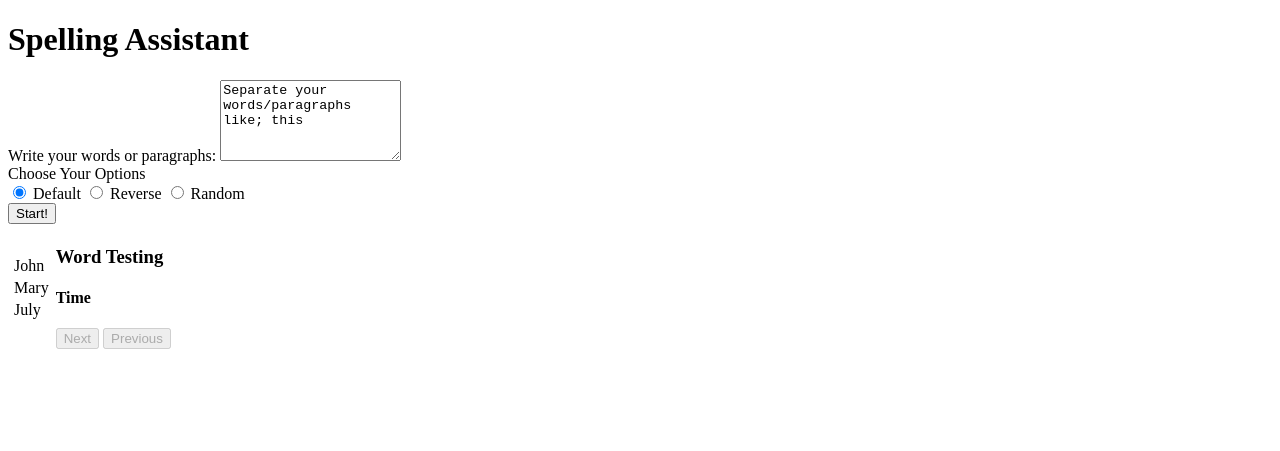
Repository: derruba2000/spelling.assistant
Page: index.html
The author's editor kept a record of every edit. The page is drawn from the files as they stood at one moment, then again after the next edit.
The browser window is 1280 px wide. The pictures show the whole page.
Some web libraries are served in a nearby version.

Above is the page before.
Console error: SyntaxError: Unexpected token '<'

### index.html
<!DOCTYPE html>
<html lang="en">

<head>
    <meta charset="utf-8">
    <meta http-equiv="X-UA-Compatible" content="IE=edge">
    <meta name="viewport" content="width=device-width, initial-scale=1">
    <title>Spelling Assistant</title>

    <!--<link rel="stylesheet" href="https://maxcdn.bootstrapcdn.com/bootstrap/3.3.4/css/bootstrap.min.css">-->
    <!--<link rel="stylesheet" href="https://maxcdn.bootstrapcdn.com/bootstrap/3.3.4/css/bootstrap-theme.min.css">-->


</head>

<body>
    <h1>Spelling Assistant</h1>

      <div class="container">

        <div class="container">
            <form role="form">
                <div class="form-group">
                    <label for="comment">Write your words or paragraphs:</label>
                    <textarea class="form-control" rows="5" id="word list">Separate your words/paragraphs like; this </textarea>
                </div>
            </form>
        </div>


        <!-- Multiple Radios (inline) -->
        <div class="container">
            <div class="form-group">
                <label class="col-md-4 control-label" for="Options">Choose Your Options</label>
                <div class="col-md-4">
                    <label class="radio-inline" for="Options-0">
                        <input type="radio" name="Options" id="Options-0" value="1" checked="checked"> Default
                    </label>
                    <label class="radio-inline" for="Options-1">
                        <input type="radio" name="Options" id="Options-1" value="2"> Reverse
                    </label>
                    <label class="radio-inline" for="Options-2">
                        <input type="radio" name="Options" id="Options-2" value="3"> Random
                    </label>
                </div>
            </div>
        </div>

        <!-- Button -->
        <div class="container">
            <div class="form-group">
                <label class="col-md-4 control-label" for="submitbutton"></label>
                <div class="col-md-4">
                    <button id="submitbutton" name="submitbutton" onclick="createlist()" class="btn btn-info"> Start! </button>
                </div>
            </div>
        </div>


    </div>
    <div class="container">
        <table class="table">
            <tbody>
                <tr>
                    <td>
                        <table class="table" id="wordtable">
                            <tbody>
                                <tr class="success">
                                    <td>John</td>
                                </tr>
                                <tr class="danger">
                                    <td>Mary</td>
                                </tr>
                                <tr class="info">
                                    <td>July</td>
                                </tr>
                            </tbody>
                        </table>
                    </td>
                    <td>
                        <div id="currentword">
                            <h3>Word Testing</h3>
                        </div>
                        <div id="timecount">
                            <h4>Time</h4>
                        </div>




                        <div class="form-group">
                            <label class="col-md-4 control-label" for="nextbutton"></label>
                            <div class="col-md-8">
                                <button id="nextbutton" name="nextbutton" onclick="nextword()" class="btn btn-success" disabled> Next </button>
                                <button id="previousbutton" name="previousbutton" onclick="previousword()" class="btn btn-inverse" disabled>Previous</button>
                            </div>
                        </div>
                    </td>
                </tr>
            </tbody>
        </table>
    </div>




    <script src="https://ajax.googleapis.com/ajax/libs/jquery/1.11.2/jquery.min.js"></script>
    <script src="https://maxcdn.bootstrapcdn.com/bootstrap/3.3.4/js/bootstrap.min.js"></script>

    <script src="scripts/assistant.js"></script>
</body>

</html>

### scripts/assistant.js
'use strict';

var maxvisiblerows = 5;
var exerciselist;
var viewlist = 0;
var exercisetime;
var steptime;
var timerVar;

function createlist() {

    maxvisiblerows = 5;

    var textlist = document.getElementById("word list").value;
    var strlist = textlist.split(";");
    var radios = document.getElementsByName("Options");
    var radiooption;

    for (var i = 0, length = radios.length; i < length; i++) {
        if (radios[i].checked) {
            console.log("Options selected:" + radios[i].value);
            radiooption= radios[i].value;
            break;
        }
    }

    for (var k = 0; k < strlist.length; k++) {
        console.log("->" + k + ":" + strlist[k]);
    }

    exerciselist = strlist.slice();
    // Reverse Order
    if (2==radiooption){
        for (var k = 0; k < strlist.length; k++) {
          exerciselist[k] = strlist[strlist.length -(1+k)];
        }
    }


    // Random Order
    if (3==radiooption){
        var randomcontrol=strlist.slice();;
        for (var k = 0; k < strlist.length; k++) {
            randomcontrol[k]=-1;
        }
        for (var k = 0; k < strlist.length; k) {
            var tmp = Math.round(Math.random()*(strlist.length-1));
            var exists = false;
            // checks if number exists in array
            for (var k2=0; k2<k; k2++){
                if (randomcontrol[k2] == tmp){
                    exists = true;
                }
            }
            if (false==exists){
                console.log("Added " + strlist[tmp] + ":" + tmp);
                exerciselist[k]=strlist[tmp];
                randomcontrol[k]=tmp;
                k++;
            }
          exerciselist[k] = strlist[strlist.length -(1+k)];
        }
    }

    exercisetime = new Date();
    steptime = new Date();
    timerVar = setInterval(function(){myTimer()},1000);

    if (strlist.length < maxvisiblerows) maxvisiblerows = strlist.length;
    renderTable(0);

}

function nextword(){
    renderTable(++viewlist);
    steptime = new Date();
}

function previousword(){
    renderTable(--viewlist);
    steptime = new Date();
}


function renderTable(l) {
    // Renders List
    var table = document.getElementById("wordtable");
    document.getElementById("nextbutton").disabled = false;
    document.getElementById("previousbutton").disabled = false;

    if (l<= 0){
        l = 0;
        viewlist=0;
        document.getElementById("nextbutton").disabled = false;
        document.getElementById("previousbutton").disabled = true;
    }
    if (l== exerciselist.length) {
        l=exerciselist.length-1;
        viewlist=l;
        document.getElementById("nextbutton").disabled = true;
    }

    // delete rows
    var l2 = table.rows.length;
    if (table.rows.length > 0) {
        for (var k = 0; k < l2; k++){
            table.deleteRow(0);
        }
    }

    l2 = maxvisiblerows;
    if (l + maxvisiblerows >= exerciselist.length) l2 = exerciselist.length - l;

    for (var k = 0; k < l2; k++) {
        var row = table.insertRow(k);
        var newcell = row.insertCell(0);
        newcell.innerHTML = "(" + (l+1+k)+ "/" + exerciselist.length + ")" + " " + exerciselist[k+l];

        if (0==k){
         newcell.className = "danger";
         document.getElementById("currentword").innerHTML="<h3>"+exerciselist[k+l] +"</h3>";

         var tts = "<iframe src=\"http://translate.google.com/translate_tts?ie=UTF-8&tl=en-gb" ;

         tts +=

         document.getElementById("ttstag").innerHTML="<h3>"+exerciselist[k+l] +"</h3>";


          <iframe src="http://translate.google.com/translate_tts?ie=UTF-8&q=Spelling%20Assistant&tl=en-gb">
                                <p>Your browser does not support iframes.</p>
                            </iframe>
        }

    }
}


function myTimer() {
    var d = new Date();

    document.getElementById("timecount").innerHTML = "<p><strong> Total time:" + dateDiff(exercisetime,d) + "</strong></p> Step Time:" + dateDiff(steptime,d);
}


function dateDiff(date1, date2){


    var diff = (date2 - date1)/1000;
    var diff = Math.abs(Math.floor(diff));

    var days = Math.floor(diff/(24*60*60));
    var leftSec = diff - days * 24*60*60;

    var hrs = Math.floor(leftSec/(60*60));
    var leftSec = leftSec - hrs * 60*60;

    var min = Math.floor(leftSec/(60));
    var leftSec = leftSec - min * 60;

    if (hrs < 10) hrs= "0" + hrs;
    if (min < 10) min= "0" + min;
    if (leftSec < 10) leftSec= "0" + leftSec;

    return hrs + ":" + min + ":" + leftSec;

 }

After the next edit:
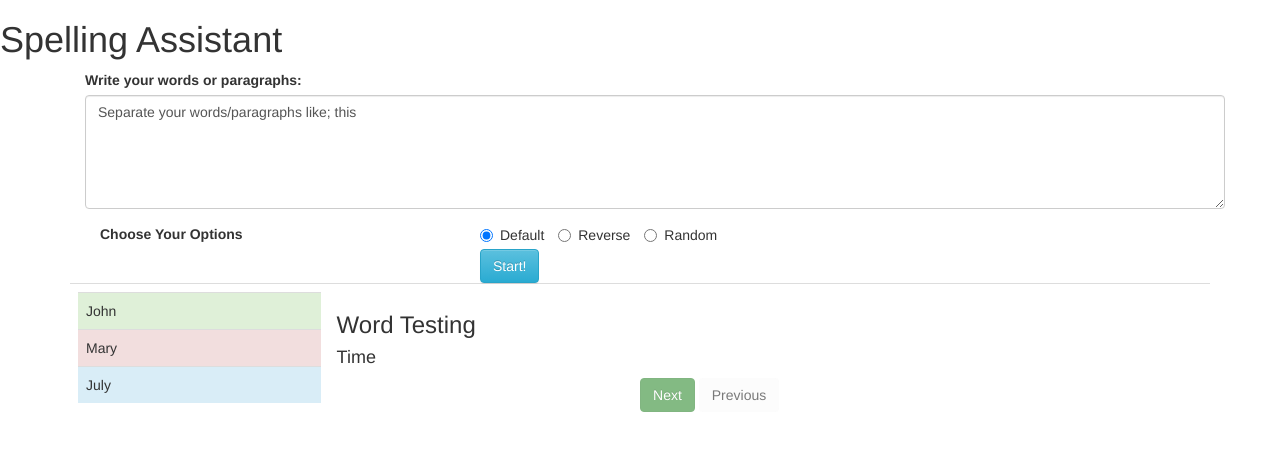
The edit:
--- a/index.html
+++ b/index.html
@@ -7,8 +7,8 @@
     <meta name="viewport" content="width=device-width, initial-scale=1">
     <title>Spelling Assistant</title>
 
-    <!--<link rel="stylesheet" href="https://maxcdn.bootstrapcdn.com/bootstrap/3.3.4/css/bootstrap.min.css">-->
-    <!--<link rel="stylesheet" href="https://maxcdn.bootstrapcdn.com/bootstrap/3.3.4/css/bootstrap-theme.min.css">-->
+    <link rel="stylesheet" href="https://maxcdn.bootstrapcdn.com/bootstrap/3.3.4/css/bootstrap.min.css">
+    <link rel="stylesheet" href="https://maxcdn.bootstrapcdn.com/bootstrap/3.3.4/css/bootstrap-theme.min.css">
 
 
 </head>
